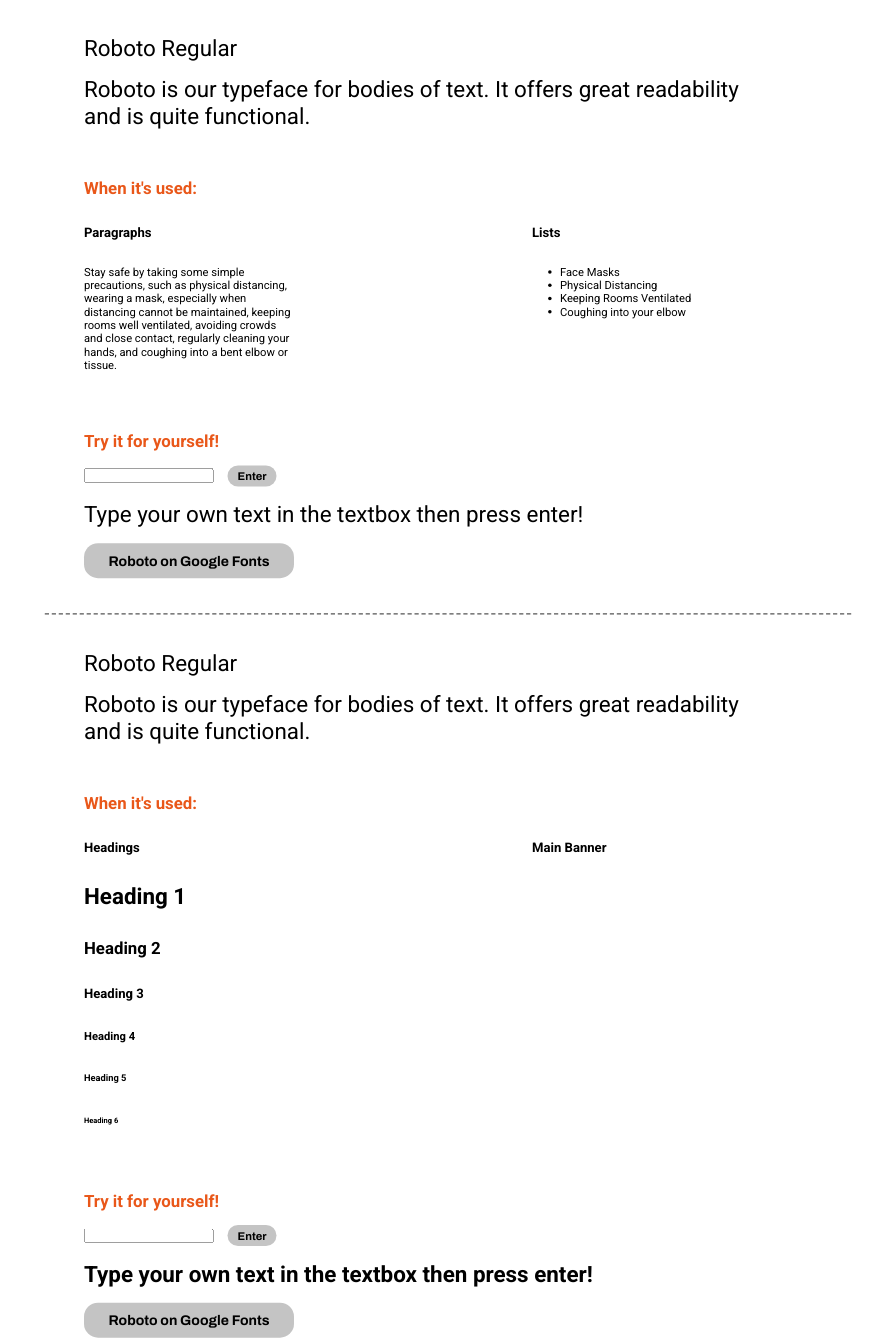
Repository: Levic559/bird-styleguide
Page: typography/index.html
An editor plug-in stored every save of this project. The page is shown before and after the next save, followed by the edit.
The browser window is 1280 px wide. The pictures show the part of the page from y = 0 to 1920 px (the page is 2789 px tall), at 70% of full size.

Above is the page before, as saved 2021-03-22 06:11:44.

### typography/index.html
<!DOCTYPE html>
<html>
    <head>
        <title>
            Typography
        </title>
        <link rel="preconnect" href="https://fonts.gstatic.com">
        <link href="https://fonts.googleapis.com/css2?family=Archivo:wght@700&family=Roboto:wght@400;700&display=swap" rel="stylesheet">
        <link href="style.css" rel="stylesheet">
    </head>
    <body>
        <div class="main">
            <!--Roboto-->
            <div class="fontcontainer">
                <h1 class="Roboto top">Roboto Regular</h1>
                <h1 class="Roboto">Roboto is our typeface for bodies of text. It offers great readability and is quite functional.</h1>
                <h2 class="Orange">When it's used:</h3>
                <div class="examplescontainer">
                    <div class="column">
                        <h3>Paragraphs</h3>
                        <p>
                            Stay safe by taking some simple precautions, such as physical distancing, wearing a mask, especially when distancing cannot be maintained, keeping rooms well ventilated, avoiding crowds and close contact, regularly cleaning your hands, and coughing into a bent elbow or tissue.
                        </p>
                    </div>
                    <div class="column">
                        <h3>Lists</h3>
                        <ul>
                            <li>Face Masks</li>
                            <li>Physical Distancing</li>
                            <li>Keeping Rooms Ventilated</li>
                            <li>Coughing into your elbow</li>
                        </ul>
                    </div>
                </div>

                <h2 class="Orange">Try it for yourself!</h2>

                <div class="inputcontainer">
                    <input type="text" id="input1"></input>
                    <div class="enter" onclick="textOne()">Enter</div>
                </div>
                <h1 class="Roboto" id="output1">Type your own text in the textbox then press enter!</h1>
                <div class="linkbutton">Roboto on Google Fonts</div>
            </div>

            <div class="divider"></div>

            <!--Roboto Bold-->
            <div class="fontcontainer">
                <h1 class="Roboto top">Roboto Regular</h1>
                <h1 class="Roboto">Roboto is our typeface for bodies of text. It offers great readability and is quite functional.</h1>
                <h2 class="Orange">When it's used:</h3>
                <div class="examplescontainer">
                    <div class="column">
                        <h3>Headings</h3>
                        <h1 class="RB">Heading 1</h1>
                        <h2 class="RB">Heading 2</h2>
                        <h3 class="RB">Heading 3</h3>
                        <h4 class="RB">Heading 4</h4>
                        <h5 class="RB">Heading 5</h5>
                        <h6 class="RB">Heading 6</h6>
                    </div>
                    <div class="column">
                        <h3>Main Banner</h3>
                        <div class="banner"></div>
                    </div>
                </div>

                <h2 class="Orange">Try it for yourself!</h2>

                <div class="inputcontainer">
                    <input type="text" id="input2"></input>
                    <div class="enter" onclick="textTwo()">Enter</div>
                </div>
                <h1 class="RB" id="output2">Type your own text in the textbox then press enter!</h1>
                <div class="linkbutton">Roboto on Google Fonts</div>
            </div>

            <div class="divider"></div>

            <!--Archivo-->
            <div class="fontcontainer">
                <h1 class="Roboto top">Roboto Regular</h1>
                <h1 class="Roboto">Roboto is our typeface for bodies of text. It offers great readability and is quite functional.</h1>
                <h2 class="Orange">When it's used:</h3>
                <div class="examplescontainer">
                    <div class="column">
                        <h3>Paragraphs</h3>
                        <p>
                            Stay safe by taking some simple precautions, such as physical distancing, wearing a mask, especially when distancing cannot be maintained, keeping rooms well ventilated, avoiding crowds and close contact, regularly cleaning your hands, and coughing into a bent elbow or tissue.
                        </p>
                    </div>
                    <div class="column">
                        <h3>Lists</h3>
                        <ul>
                            <li>Face Masks</li>
                            <li>Physical Distancing</li>
                            <li>Keeping Rooms Ventilated</li>
                            <li>Coughing into your elbow</li>
                        </ul>
                    </div>
                </div>

                <h2 class="Orange">Try it for yourself!</h2>

                <div class="inputcontainer">
                    <input type="text" id="input3"></input>
                    <div class="enter" onclick="textThree()">Enter</div>
                </div>
                <h1 class="Roboto" id="output3">Type your own text in the textbox then press enter!</h1>
                <div class="linkbutton">Roboto on Google Fonts</div>
            </div>

        </div>
    </body>
    <script src="index.js"></script>
</html>

### typography/style.css
body {
    margin: 0px;
    padding: 0px;
    box-sizing: border-box;
}

.main {
    width: 100vw;
    height: 280vh;
    display: flex;
    flex-direction: column;
    justify-content: flex-start;
    font-family: Roboto;
}

.fontcontainer {
    margin-left: 120px;
    width: 940px;
}

.Roboto {
    font-family: Roboto;
    font-weight: normal;
}

.RB {
    font-family: Roboto;
}

.top {
    margin-top: 50px;
}

.Orange {
    color: #E95719;
    font-family: Roboto;
    margin-top: 70px;
}

.examplescontainer {
    display: flex;
    justify-content: space-between;
}

.column {
    width: 300px;
    display: flex;
    flex-direction: column;
}

.inputcontainer {
    display: flex;
    flex-direction: row;
    align-items: center;
}

.enter {
    width: 70px;
    height: 30px;
    background-color: #C4C4C4;
    color: black;
    font-family: Archivo;
    font-weight: bold;
    display: flex;
    justify-content: center;
    align-items: center;
    border-radius: 20px;
    margin-left: 20px;
}

.enter:hover, .linkbutton:hover{
    border: #545454 1px solid;
}

.linkbutton {
    width: 300px;
    height: 50px;
    background-color: #C4C4C4;
    color: black;
    font-family: Archivo;
    font-weight: bold;
    display: flex;
    justify-content: center;
    align-items: center;
    border-radius: 20px;
    font-size: 20px;
}

.divider {
    align-self: center;
    border:none;
    border-top: 2px dashed #545454;
    width: 90%;
    margin-top: 50px;
}

### typography/index.js
function textOne (){
    var text = document.getElementById("input1").value
    document.getElementById("output1").innerHTML = text
}

function textTwo (){
    var text = document.getElementById("input2").value
    document.getElementById("output2").innerHTML = text
}

function textThree (){
    var text = document.getElementById("input3").value
    document.getElementById("output3").innerHTML = text
}

After the next save:
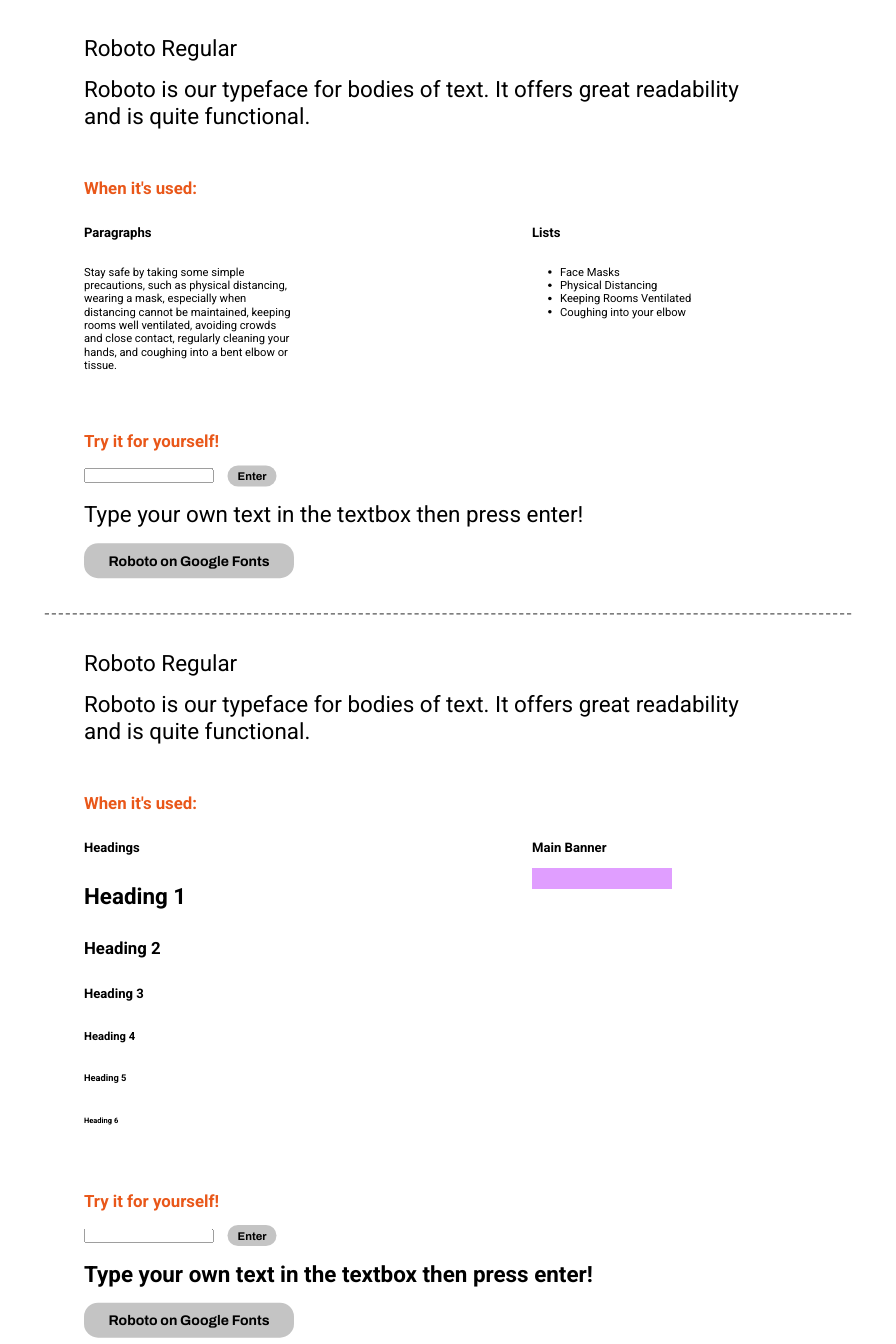
Saved 2 min 41 s later.
--- a/typography/style.css
+++ b/typography/style.css
@@ -93,3 +93,12 @@
     width: 90%;
     margin-top: 50px;
 }
+
+.banner {
+    width: 200px;
+    height: 30px;
+    font-family: Roboto;
+    font-weight: bold;
+    background-color: #E09EFF;
+    color:#545454
+}
